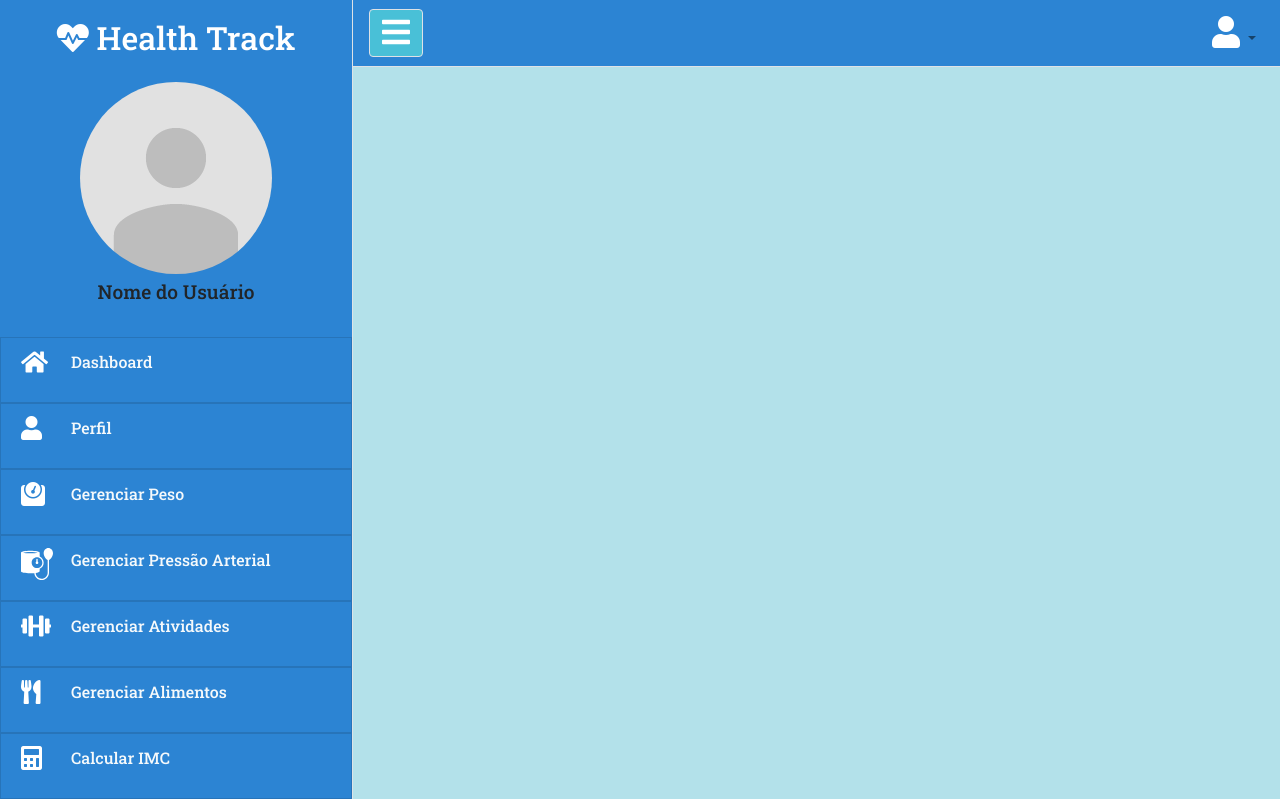
Repository: Kendysan88/projetoHealthTrack
Page: http://localhost/HealthTrack/user.jsp
The author's editor kept a copy of each file at every save. The page is drawn from the files as they stood at one save, then again after the next save.
The browser window is 1280 px wide. The pictures show the whole page.
Some web libraries are served in a nearby version. The page is served by Tomcat 9. Other server files are loaded and not shown.

Above is the page before, as saved 2020-11-02 14:43:59.
Console error: TypeError: Cannot read properties of null (reading 'length')

### Integration/HealthTrack/WebContent/user.jsp
<%@ page language="java" contentType="text/html; charset=ISO-8859-1"
	pageEncoding="ISO-8859-1"%>
<!DOCTYPE html>
<html>
<head>
<meta charset="ISO-8859-1">
<title></title>
<%@ include file="header.jsp"%>
</head>
<body>
	<main class="d-flex" id="recolhe-menu">

		<!-- Menu Lateral -->
		<%@ include file="menu-aside.jsp"%>
		<!-- Fim Menu Lateral -->

		<!-- Conteúdo da Página -->
		<section id="conteudo-pagina">

			<!-- Menu para deslogar -->
			<%@ include file="menu-top.jsp"%>
			<!-- Fim Menu para Deslogar -->

			<!-- Conteúdo Principal -->

			<!-- Fim Conteúdo Principal -->

		</section>
		<!-- Fim Contéudo da Página -->
	</main>

	<%@ include file="footer.jsp"%>

	<!-- Modal XXXXXXXXX -->
	<%@ include file="blood-pressure-modal.jsp"%>
	<!-- Fim XXXXXXXXXXX -->
</body>
</html>

### Integration/HealthTrack/WebContent/header.jsp
<%@ page language="java" contentType="text/html; charset=ISO-8859-1"
    pageEncoding="ISO-8859-1"%>
<!DOCTYPE html>
<html>
<head>
<meta charset="ISO-8859-1">
<link rel="stylesheet" href="resources/css/bootstrap/bootstrap.min.css">
<link rel="stylesheet" href="resources/css/index.css">
<link rel="stylesheet" href="https://use.fontawesome.com/releases/v5.7.0/css/all.css" integrity="sha384-lZN37f5QGtY3VHgisS14W3ExzMWZxybE1SJSEsQp9S+oqd12jhcu+A56Ebc1zFSJ" crossorigin="anonymous">
<link href="https://fonts.googleapis.com/css2?family=Roboto+Slab:wght@500&display=swap" rel="stylesheet">
<title>Insert title here</title>
</head>
<body>
</body>
</html>

### Integration/HealthTrack/WebContent/menu-aside.jsp
<%@ page language="java" contentType="text/html; charset=ISO-8859-1"
	pageEncoding="ISO-8859-1"%>
<!DOCTYPE html>
<html>
<head>
<meta charset="ISO-8859-1">
<title>Insert title here</title>
</head>
<body>
	<aside class="cor-especial border-right" id="menu-lateral">
		<div class="menu-lateral-posicao">
			<div class="text-center">
				<p class="titulo-menu-lateral">
					<i class="icones-cabecalho fas fa-heartbeat"></i> Health Track
				</p>
				<img src="resources/img/avatar.png" class="img-fluid p-1 rounded-circle"
					alt="Foto do Usuário">
				<p>Nome do Usuário</p>
			</div>
		</div>
		<ul class="list-group list-group-flush">
			<li><a href="home.html"
				class="lista-lateral cor-especial list-group-item"> <i
					class="icones-menu-lateral fas fa-home"></i>
					<p>Dashboard</p>
			</a></li>
			<li><a href="user.html"
				class="lista-lateral cor-especial list-group-item"> <i
					class="icones-menu-lateral fas fa-user"></i>
					<p>Perfil</p>
			</a></li>
			<li><a href="weight.html"
				class="lista-lateral cor-especial list-group-item"> <i
					class="icones-menu-lateral fas fa-weight"></i>
					<p>Gerenciar Peso</p>
			</a></li>
			<li><a href="blood-pressure.html"
				class="lista-lateral cor-especial list-group-item"> <img
					src="resources/img/blood-pressure-white.svg"
					class="icone-pressao-arterial-branco">
					<p>Gerenciar Pressão Arterial</p>
			</a></li>
			<li><a href="physical-activity.html"
				class="lista-lateral cor-especial list-group-item"> <i
					class="icones-menu-lateral fas fa-dumbbell"></i>
					<p>Gerenciar Atividades</p>
			</a></li>
			<li><a href="food.html"
				class="lista-lateral cor-especial list-group-item"> <i
					class="icones-menu-lateral fas fa-utensils"></i>
					<p>Gerenciar Alimentos</p>
			</a></li>
			<li><a href="bmi.html"
				class="lista-lateral cor-especial list-group-item"> <i
					class="icones-menu-lateral fas fa-calculator"></i>
					<p>Calcular IMC</p>
			</a></li>
		</ul>
	</aside>
</body>
</html>

### Integration/HealthTrack/WebContent/menu-top.jsp
<%@ page language="java" contentType="text/html; charset=ISO-8859-1"
	pageEncoding="ISO-8859-1"%>
<!DOCTYPE html>
<html>
<head>
<meta charset="ISO-8859-1">
<title>Insert title here</title>
</head>
<body>
	<header>
		<nav
			class="navbar navbar-expand-lg navbar-light cor-especial border-bottom">
			<button class="btn cor-botao border" id="botao-recolhe">
				<i class="icones-cabecalho fas fa-bars"></i>
			</button>

			<button class="navbar-toggler cor-botao border" type="button"
				data-toggle="collapse" data-target="#menu-deslogar"
				aria-controls="menu-deslogar" aria-expanded="false"
				aria-label="Toggle navigation">
				<i class="icones-cabecalho fas fa-sign-out-alt"></i>
			</button>

			<div class="collapse navbar-collapse" id="menu-deslogar">
				<ul class="navbar-nav ml-auto mt-2 mt-lg-0">
					<li class="nav-item dropdown"><a
						class="nav-link dropdown-toggle" href="#" id="navbarDropdown"
						role="button" data-toggle="dropdown" aria-haspopup="true"
						aria-expanded="false"> <i class="icones-cabecalho fas fa-user"></i>
					</a>
						<div class="dropdown-menu dropdown-menu-right"
							aria-labelledby="navbarDropdown">
							<a class="dropdown-item" href="login.html">Deslogar</a>
						</div>
					</li>
				</ul>
			</div>
		</nav>
	</header>
</body>
</html>

### Integration/HealthTrack/WebContent/footer.jsp
<%@ page language="java" contentType="text/html; charset=ISO-8859-1"
    pageEncoding="ISO-8859-1"%>
<!DOCTYPE html>
<html>
<head>
<meta charset="ISO-8859-1">
<title>Insert title here</title>
</head>
<body>
    <script src="resources/js/jquery.min.js"></script>
    <script src="resources/js/bootstrap/bootstrap.min.js"></script>
    <script src="https://cdnjs.cloudflare.com/ajax/libs/Chart.js/2.8.0/Chart.min.js" crossorigin="anonymous"></script>
    <script src="resources/js/javascript.js"></script>
</body>
</html>

### Integration/HealthTrack/WebContent/blood-pressure-modal.jsp
<%@ page language="java" contentType="text/html; charset=ISO-8859-1"
	pageEncoding="ISO-8859-1"%>
<!DOCTYPE html>
<html>
<head>
<meta charset="ISO-8859-1">
<title></title>
</head>
<body>
	<div class="modal fade" id="modalPressao" tabindex="-1" role="dialog"
		aria-labelledby="exampleModalLabel" aria-hidden="true">
		<div class="modal-dialog">
			<div class="modal-content">
				<div class="modal-header">
					<h5 class="modal-title" id="modalPressao">Editar Pressão
						Arterial</h5>
					<button type="button" class="close" data-dismiss="modal"
						aria-label="Close">
						<span aria-hidden="true">&times;</span>
					</button>
				</div>
				<div class="modal-body">
					<form>
						<div class="form-row">
							<div class=" form-group col-md-6">
								<label for="">Pressão Arterial Sistólica</label> <input
									type="text" name="" id="" class="form-control">
							</div>
							<div class="form-group col-md-6">
								<label for="">Pressão Arterial Diastólica</label> <input
									type="text" name="" id="" class="form-control">
							</div>
						</div>
						<div class="form-row">
							<div class=" form-group col-md-6">
								<label for="">Data</label> <input type="date" name="" id=""
									class="form-control">
							</div>
							<div class="form-group col-md-6">
								<label for="">Horário</label> <input type="time" name="" id=""
									class="form-control">
							</div>
						</div>
					</form>
				</div>
				<div class="modal-footer">
					<button type="button" class="btn btn-secondary"
						data-dismiss="modal">Fechar</button>
					<button type="button" class="btn btn-primary">Salvar</button>
				</div>
			</div>
		</div>
	</div>
</body>
</html>

### Integration/HealthTrack/WebContent/resources/css/index.css
html {
  font-size: 1rem;
}

body {
  font-family: 'Roboto Slab', serif;
  overflow-x: hidden;
}
/* CSS DO LOGIN */

#bodyLogin {
  background-image: url(../img/bgHealthTrack.jpg);
  background-size: cover;
  background-repeat: no-repeat;
  background-attachment: fixed;
}

#card-tela-login {
  position: absolute;
  top: 50%;
  left: 50%;
  transform: translate(-50%, -50%);
  box-shadow: 1px 5px 30px rgb(195, 195, 195);
  background-color: #B3E1EA;
  width: 30rem;
  ;
}

/* Fim */

.cor-especial {
  background-color: #2C84D3;
}

.cor-botao {
  background-color: #49C0D7;
  color: #ffffff;
}

/* CSS do Cabeçalho e do Menu Lateral */

#menu-lateral {
  min-height: 100vh;
  margin-left: -22rem;
  -webkit-transition: margin .25s ease-out;
  -moz-transition: margin .25s ease-out;
  -o-transition: margin .25s ease-out;
  transition: margin .25s ease-out;
}

#menu-lateral .menu-lateral-posicao {
  padding: 0.875rem 1.25rem;
  font-size: 1.2rem;
}

#menu-lateral .list-group {
  width: 22rem;
}

#recolhe-menu.toggled #menu-lateral {
  margin-left: 0;
}

.lista-lateral p {
  margin-left: 50px;
}

.titulo-menu-lateral, .icones-cabecalho {
  font-size: 2rem;
  color: #ffffff;
}

.icones-menu-lateral {
  font-size: 1.5rem;
  color: #ffffff;
  float: left;
}

.icone-pressao-arterial-branco{
  float: left;
  width: 2rem;
  height: 2rem;
}

.icone-pressao-arterial-preto{
  margin-right: 20px;
  width: 2rem;
  height: 2rem;
}

a.lista-lateral {
  color: #F5F9FB;
  text-decoration: none;
}

a.lista-lateral:hover {
  background-color: #98C4D9;
}

/* fim */

#conteudo-pagina {
  min-width: 100vw;
  background-color: #B3E1EA;
}

.icone-cartao {
  margin-right: 20px;
  font-size: 2rem;
  width: 2rem;
  height: 2rem;
  font-weight: bold;
}

.cartao-texto, .cartao-titulo, .icones-rodape, .icones-login {
  font-size: 2rem;
  font-weight: bold;
}

.cartao-titulo-perfil {
  font-weight: 200;
  color: #ffffff;
}

/* Responsividade */

@media (max-width: 320px) {
  #card-tela-login {
    width: 19rem;
  }
}

/* Dispositivos Pequenos (Smartphones) */

@media (min-width: 360px) and (max-width: 640px) {
  #card-tela-login {
    width: 22rem;
  }
}
@media (min-width: 411px) and (max-width: 731px) {
  #card-tela-login {
    width: 25rem;
  }
}

/* Dispositivos Médios (Tablets) */

@media (min-width: 768px) and (max-width: 1024px) {
  #menu-lateral {
    margin-left: 0;
  }
  #conteudo-pagina {
    min-width: 0;
    width: 100%;
  }
  #recolhe-menu.toggled #menu-lateral {
    margin-left: -22rem;
  }
  #card-tela-login {
    width: 25rem;
  }
}

/* Dispositivos Grandes (Desktops) */
@media (min-width: 1200px) {
  #menu-lateral {
    margin-left: 0;
  }
  #conteudo-pagina {
    min-width: 0;
    width: 100%;
  }
  #recolhe-menu.toggled #menu-lateral {
    margin-left: -22rem;
  }
 }

 @include media-breakpoint-up(sm) {
  html {
    font-size: 1.2rem;
  }
}

@include media-breakpoint-up(md) {
  html {
    font-size: 1.4rem;
  }
}

@include media-breakpoint-up(lg) {
  html {
    font-size: 1.6rem;
  }
}

### Integration/HealthTrack/WebContent/resources/img/blood-pressure-white.svg
<?xml version="1.0"?>
<svg xmlns="http://www.w3.org/2000/svg" xmlns:xlink="http://www.w3.org/1999/xlink" xmlns:svgjs="http://svgjs.com/svgjs" version="1.1" width="512" height="512" x="0" y="0" viewBox="0 0 512 512" style="enable-background:new 0 0 512 512" xml:space="preserve" class=""><g>
<g xmlns="http://www.w3.org/2000/svg">
	<g>
		<g>
			<path d="M277.333,234.667c0-7.792-4.409-14.329-10.667-18.053v-35.28c0-5.896-4.771-10.667-10.667-10.667     s-10.667,4.771-10.667,10.667v35.28c-6.258,3.724-10.667,10.262-10.667,18.053c0,11.76,9.573,21.333,21.333,21.333     S277.333,246.427,277.333,234.667z" fill="#ffffff" data-original="#000000" style="" class=""/>
			<path d="M437.333,0c-41.865,0-74.667,37.479-74.667,85.333c0,34.341,25.902,95.176,64,105.121v204.212c0,52.938-43.063,96-96,96     c-50.943,0-92.335-39.995-95.411-90.176c33.447-4.255,63.411-12.215,63.411-27.158v-41.042c37.604-16.507,64-53.997,64-97.625     c0-43.628-26.396-81.119-64-97.625V74.667c0-30.458-124.396-32-149.333-32S0,44.208,0,74.667v298.667     c0,30.458,124.396,32,149.333,32c10.102,0,36.546-0.289,64.408-2.615C217.91,463.66,268.686,512,330.667,512     C395.365,512,448,459.365,448,394.667V190.454c38.098-9.945,64-70.78,64-105.121C512,37.479,479.198,0,437.333,0z M32.781,74.667     C54.427,69.375,98.667,64,149.333,64C200,64,244.24,69.375,265.885,74.667C244.24,79.958,200,85.333,149.333,85.333     C98.667,85.333,54.427,79.958,32.781,74.667z M170.667,234.667c0-47.052,38.281-85.333,85.333-85.333     s85.333,38.281,85.333,85.333C341.333,281.719,303.052,320,256,320S170.667,281.719,170.667,234.667z" fill="#ffffff" data-original="#000000" style="" class=""/>
		</g>
	</g>
</g>
<g xmlns="http://www.w3.org/2000/svg">
</g>
<g xmlns="http://www.w3.org/2000/svg">
</g>
<g xmlns="http://www.w3.org/2000/svg">
</g>
<g xmlns="http://www.w3.org/2000/svg">
</g>
<g xmlns="http://www.w3.org/2000/svg">
</g>
<g xmlns="http://www.w3.org/2000/svg">
</g>
<g xmlns="http://www.w3.org/2000/svg">
</g>
<g xmlns="http://www.w3.org/2000/svg">
</g>
<g xmlns="http://www.w3.org/2000/svg">
</g>
<g xmlns="http://www.w3.org/2000/svg">
</g>
<g xmlns="http://www.w3.org/2000/svg">
</g>
<g xmlns="http://www.w3.org/2000/svg">
</g>
<g xmlns="http://www.w3.org/2000/svg">
</g>
<g xmlns="http://www.w3.org/2000/svg">
</g>
<g xmlns="http://www.w3.org/2000/svg">
</g>
</g></svg>

### Integration/HealthTrack/WebContent/resources/js/javascript.js
$("#botao-recolhe").click(function (e) {
    e.preventDefault();
    $("#recolhe-menu").toggleClass("toggled");
});

// Gráfico de Area
var ctx = document.getElementById("myAreaChart");
var myLineChart = new Chart(ctx, {
  type: 'line',
  data: {
    labels: ["Janeiro", "Fevereiro", "Março", "Abril", "Maio", "Junho"],
    datasets: [{
      label: "Minutos",
      lineTension: 0.3,
      backgroundColor: "rgba(2,117,216,0.2)",
      borderColor: "rgba(2,117,216,1)",
      pointRadius: 5,
      pointBackgroundColor: "rgba(2,117,216,1)",
      pointBorderColor: "rgba(255,255,255,0.8)",
      pointHoverRadius: 5,
      pointHoverBackgroundColor: "rgba(2,117,216,1)",
      pointHitRadius: 50,
      pointBorderWidth: 2,
      data: [99, 112, 105, 101, 120, 100],
    }],
  },
  options: {
    scales: {
      xAxes: [{
        time: {
          unit: 'date'
        },
        gridLines: {
          display: false
        },
        ticks: {
          maxTicksLimit: 7
        }
      }],
      yAxes: [{
        ticks: {
          min: 0,
          max: 120,
          maxTicksLimit: 5
        },
        gridLines: {
          color: "rgba(0, 0, 0, .125)",
        }
      }],
    },
    legend: {
      display: false
    }
  }
});
//Fim

// Gráfico de Barra
var ctx = document.getElementById("myBarChart");
var myLineChart = new Chart(ctx, {
  type: 'bar',
  data: {
    labels: ["Janeiro", "Fevereiro", "Março", "Abril", "Maio", "Junho"],
    datasets: [{
      label: "Peso",
      backgroundColor: "rgba(2,117,216,1)",
      borderColor: "rgba(2,117,216,1)",
      data: [78, 80, 78, 75, 70, 70],
    }],
  },
  options: {
    scales: {
      xAxes: [{
        time: {
          unit: 'month'
        },
        gridLines: {
          display: false
        },
        ticks: {
          maxTicksLimit: 6
        }
      }],
      yAxes: [{
        ticks: {
          min: 0,
          max: 200,
          maxTicksLimit: 5
        },
        gridLines: {
          display: true
        }
      }],
    },
    legend: {
      display: false
    }
  }
});
//Fim

Loaded but not shown: Integration/HealthTrack/WebContent/resources/css/bootstrap/bootstrap.min.css (library); Integration/HealthTrack/WebContent/resources/js/jquery.min.js (library); Integration/HealthTrack/WebContent/resources/js/bootstrap/bootstrap.min.js (library)

After the next save:
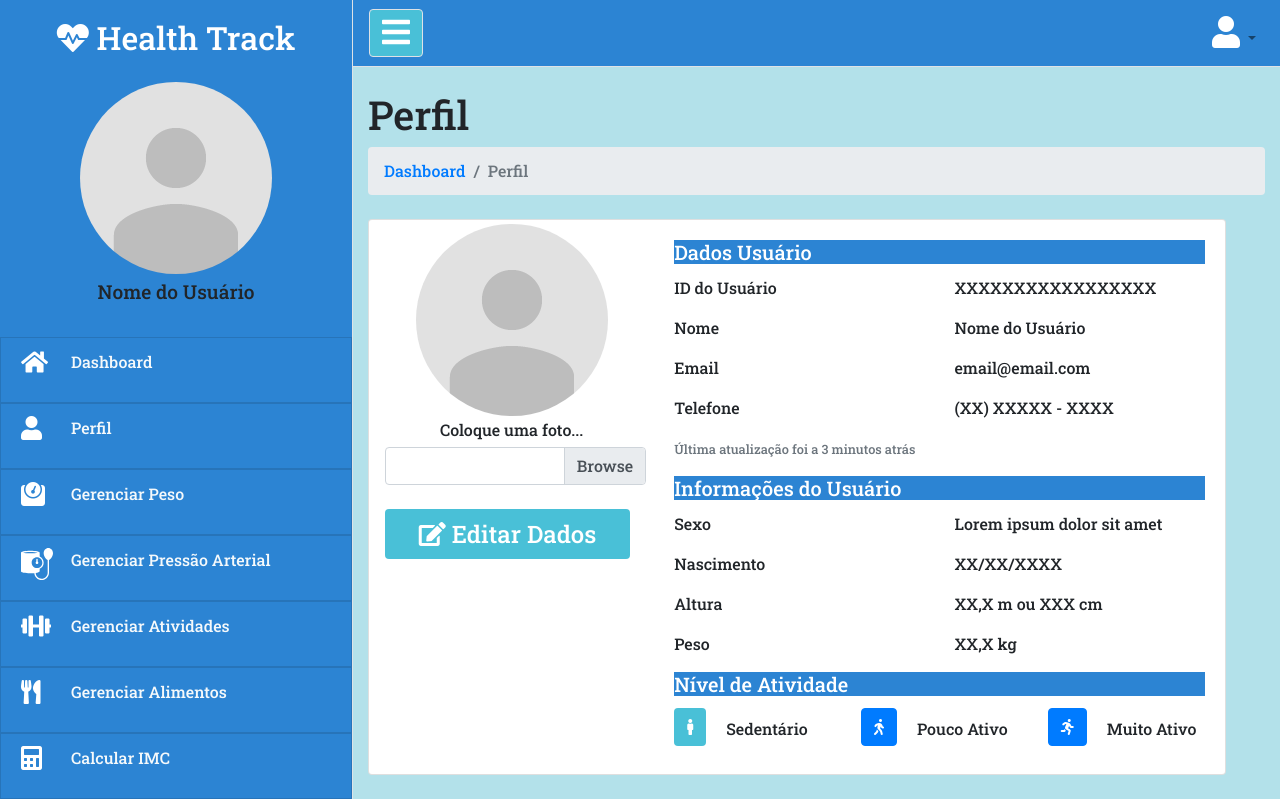
Saved 81 s later.
--- a/Integration/HealthTrack/WebContent/user.jsp
+++ b/Integration/HealthTrack/WebContent/user.jsp
@@ -22,6 +22,140 @@
 			<!-- Fim Menu para Deslogar -->
 
 			<!-- Conteúdo Principal -->
+			<div class="container-fluid">
+				<h1 class="mt-4">Perfil</h1>
+				<ol class="breadcrumb mb-4">
+					<li class="breadcrumb-item"><a href="home.html">Dashboard</a></li>
+					<li class="breadcrumb-item active">Perfil</li>
+				</ol>
+				<div class="container">
+					<div class="row justify-content-left">
+						<div class="card mb-4" style="max-width: 1024px;">
+							<div class="row no-gutters">
+								<div class="col-md-4">
+									<label>
+										<div class="text-center">
+											<img src="img/avatar.png"
+												class="img-fluid p-1 rounded-circle" alt="Foto do Usuário">
+											<h6>Coloque uma foto...</h6>
+											<div class="custom-file ml-3 overlay">
+												<input type="file" class="custom-file-input" id="customFile"
+													name="filename"> <label
+													class="custom-file-label mr-4 text-left" for="customFile"></label>
+											</div>
+										</div>
+									</label>
+									<div class="row m-3 text-center">
+										<button type="button"
+											class="btn mr-2 mb-2 btn-block cor-botao icones-menu-lateral"
+											data-toggle="modal" data-target="#modalPerfil">
+											<i class="fas fa-edit"></i> Editar Dados
+										</button>
+									</div>
+								</div>
+								<div class="col-md-8">
+									<div class="card-body">
+										<h5 class="card-title cor-especial cartao-titulo-perfil">Dados
+											Usuário</h5>
+										<div class="row">
+											<div class="col-md-6">
+												<label>ID do Usuário</label>
+											</div>
+											<div class="col-md-6">
+												<p>XXXXXXXXXXXXXXXXX</p>
+											</div>
+										</div>
+										<div class="row">
+											<div class="col-md-6">
+												<label>Nome</label>
+											</div>
+											<div class="col-md-6">
+												<p>Nome do Usuário</p>
+											</div>
+										</div>
+										<div class="row">
+											<div class="col-md-6">
+												<label>Email</label>
+											</div>
+											<div class="col-md-6">
+												<p>email@email.com</p>
+											</div>
+										</div>
+										<div class="row">
+											<div class="col-md-6">
+												<label>Telefone</label>
+											</div>
+											<div class="col-md-6">
+												<p>(XX) XXXXX - XXXX</p>
+											</div>
+										</div>
+										<p class="card-text">
+											<small class="text-muted">Última atualização foi a 3
+												minutos atrás</small>
+										</p>
+										<h5 class="card-title cor-especial cartao-titulo-perfil">Informações
+											do Usuário</h5>
+										<div class="row">
+											<div class="col-md-6">
+												<label>Sexo</label>
+											</div>
+											<div class="col-md-6">
+												<p>Lorem ipsum dolor sit amet</p>
+											</div>
+										</div>
+										<div class="row">
+											<div class="col-md-6">
+												<label>Nascimento</label>
+											</div>
+											<div class="col-md-6">
+												<p>XX/XX/XXXX</p>
+											</div>
+										</div>
+										<div class="row">
+											<div class="col-md-6">
+												<label>Altura</label>
+											</div>
+											<div class="col-md-6">
+												<p>XX,X m ou XXX cm</p>
+											</div>
+										</div>
+										<div class="row">
+											<div class="col-md-6">
+												<label>Peso</label>
+											</div>
+											<div class="col-md-6">
+												<p>XX,X kg</p>
+											</div>
+										</div>
+										<h5 class="card-title cor-especial cartao-titulo-perfil">Nível
+											de Atividade</h5>
+										<div class="row justify-content-center">
+											<div class="col-md-4">
+												<button type="button" class="btn mr-3 mb-2 cor-botao">
+													<i class="fas fa-male"></i>
+												</button>
+												<span>Sedentário</span>
+											</div>
+											<div class="col-md-4">
+												<button type="button" class="btn mr-3 mb-2 btn-primary">
+													<i class="fas fa-walking"></i>
+												</button>
+												<span>Pouco Ativo</span>
+											</div>
+											<div class="col-md-4">
+												<button type="button" class="btn mr-3 mb-2 btn-primary">
+													<i class="fas fa-running"></i>
+												</button>
+												<span>Muito Ativo</span>
+											</div>
+										</div>
+									</div>
+								</div>
+							</div>
+						</div>
+					</div>
+				</div>
+			</div>
 
 			<!-- Fim Conteúdo Principal -->
 
